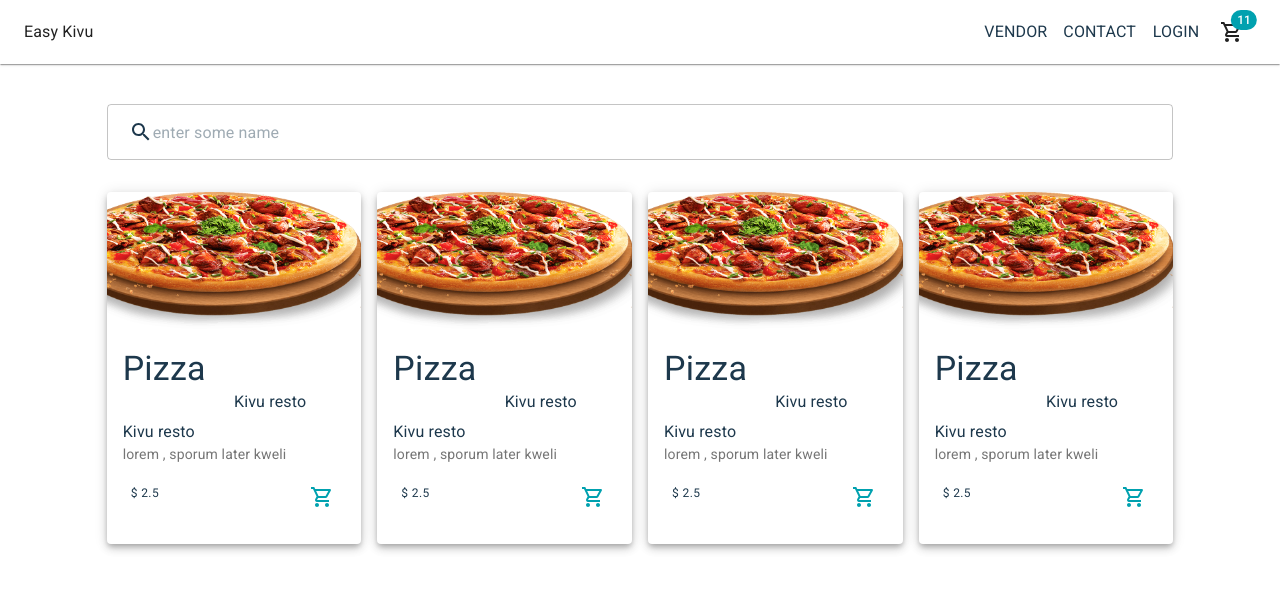
Repository: kilamaelie/jokes-dapp
Page: /
The author's editor kept a copy of each file at every save. The page is drawn from the files as they stood at one save, then again after the next save.
The browser window is 1280 px wide. The pictures show the whole page.
The project was rebuilt for these pictures with package versions that can differ from the ones it lists, and the page was loaded fresh each time. Also part of the build but not shown: src/ui/page/dashboard/dashboard.js.

Above is the page before, as saved 2021-06-28 02:53:24.

After the next save:
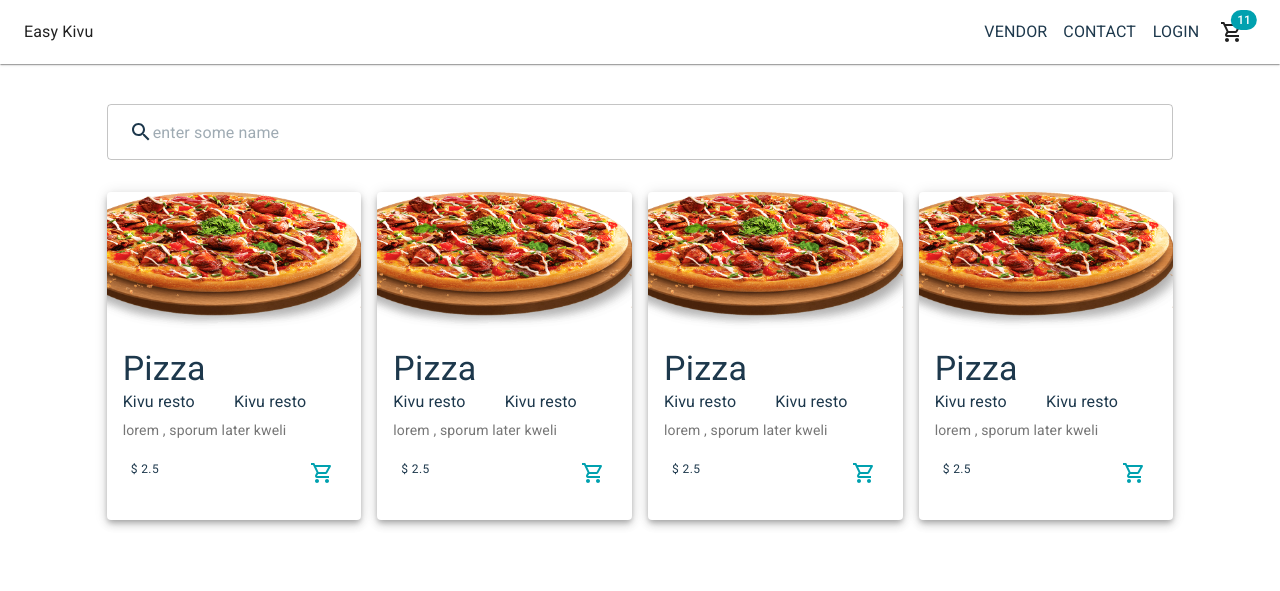
Saved 40 s later.
--- a/src/ui/page/website/screen/widget/card.js
+++ b/src/ui/page/website/screen/widget/card.js
@@ -25,6 +25,9 @@ const CardItem =()=>{
             </Typography>
             <Grid container>
               <Grid item xs={6} sm={6}>
+              <Typography align='ri'  component="h2" >
+              Kivu resto
+            </Typography>
               </Grid>
              < Grid item xs={6} sm={6}>
               <Typography gutterBottom  component="h2" >
@@ -32,9 +35,7 @@ const CardItem =()=>{
             </Typography>
               </Grid>
             </Grid>
-            <Typography align='ri'  component="h2" >
-              Kivu resto
-            </Typography>
+
             <Typography variant="body2" color="textSecondary" style={{height:30}}>
              lorem , sporum later kweli
             </Typography>
